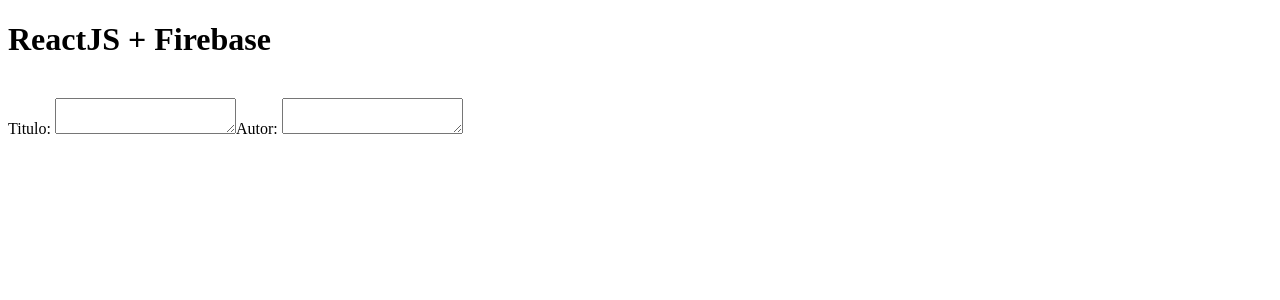
Repository: joaoaspimienta/Estudos-de-firebase
Page: /
These files come from the project's save history. The page is drawn as it stood at one moment and after the next save; the edit follows.
The browser window is 1280 px wide. The pictures show the whole page.
The project was rebuilt for these pictures with package versions that can differ from the ones it lists, and the page was loaded fresh each time.

Above is the page before, as saved 2022-04-23 20:30:04.

After the next save:
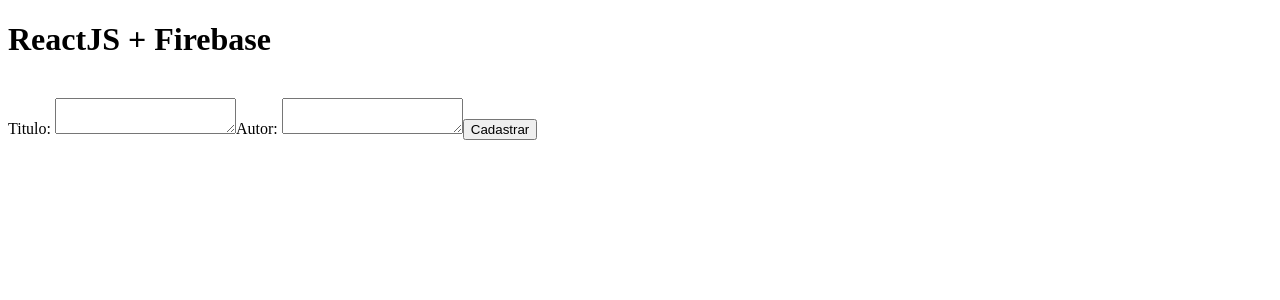
Saved 28 s later.
--- a/src/App.js
+++ b/src/App.js
@@ -18,6 +18,8 @@
 
       <label>Autor: </label>
       <textarea type='text' value={autor} onChange={(e)=>setAutor(e.target.value)}/>
+
+      <button onClick={handleAdd}>Cadastrar</button>
     </div>
   );
 }
